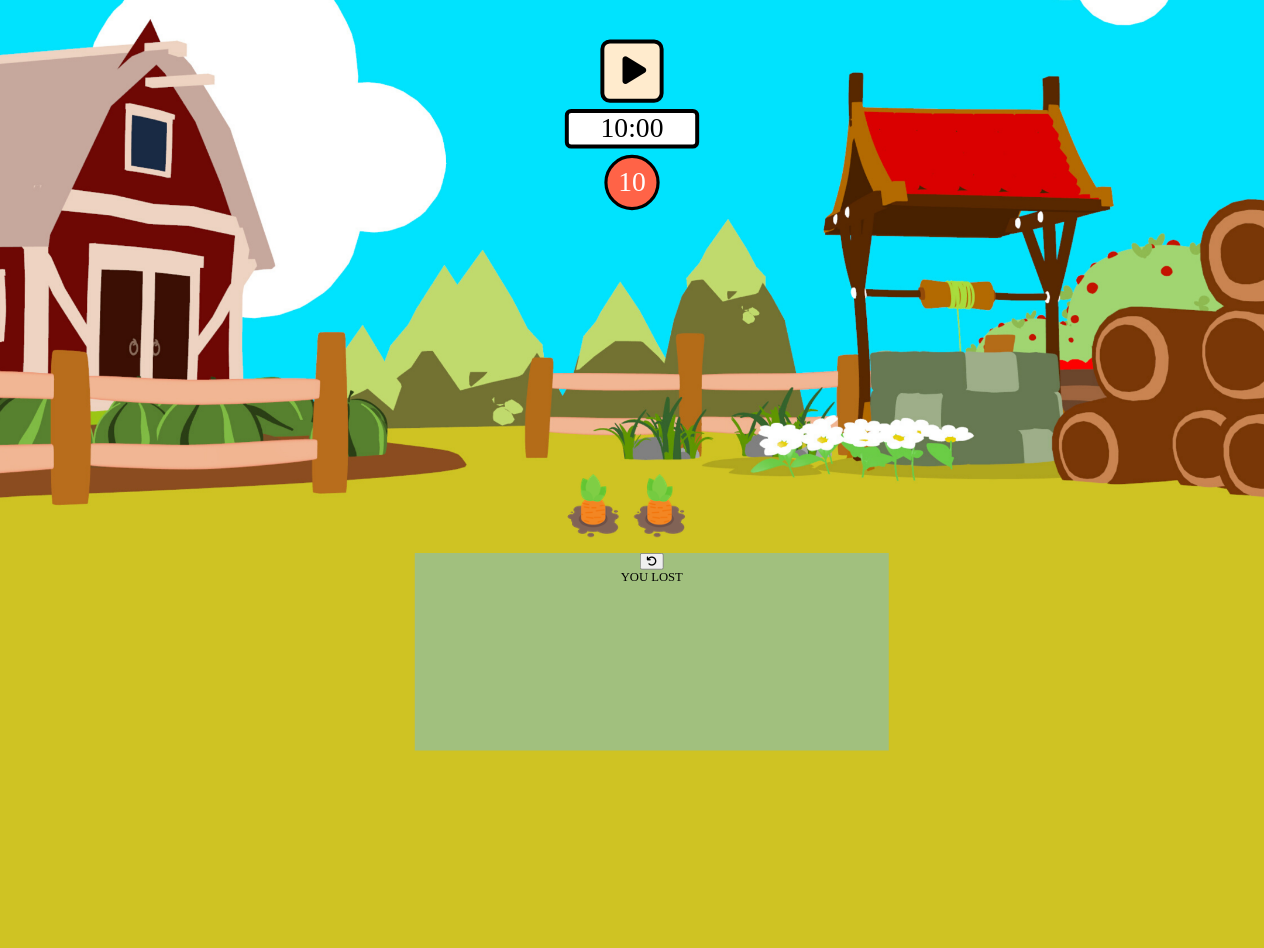
Repository: keehoonjung/Bug-Game
Page: index.html
These files come from the project's save history. The page is drawn as it stood at one moment and after the next save; the edit follows.
The browser window is 1280 px wide. The page is 1600 px wide, so the pictures cover 1600 px, including what lies to the right of the window. The pictures show the whole page, at 79% of full size.
Some web libraries are served in a nearby version.

Above is the page before, as saved 2021-08-10 11:07:15.

### index.html
<!DOCTYPE html>
<html lang="en">
<head>
    <meta charset="UTF-8">
    <meta http-equiv="X-UA-Compatible" content="IE=edge">
    <meta name="viewport" content="width=device-width, initial-scale=1.0">
    <title>Document</title>
    <link rel="stylesheet" href="style.css">
    <script src="main.js"></script>
    <script src="https://kit.fontawesome.com/a7a8d59961.js" crossorigin="anonymous"></script>
</head>
<body>
    <section class="container">
        <section class="header">
            <button class="play__btn">
                <i class="fas fa-play"></i>
            </button>
            <div class="timer">
                10:00
            </div>
            <div class="count">10</div>
        </section>
        <section class="playground">
            <img src="./img/carrot.png" alt="carrot">
            <img src="./img/carrot.png" alt="carrot">
        </section>
        <div class="popup">
            <button class="retry">
                <i class="fas fa-undo"></i>
            </button>
            <div class="message">YOU LOST</div>
        </div>
    </section>
</body>
</html>

### style.css
* {
  box-sizing: border-box;
}

body {
  margin: 0;
  text-align: center;
}

button {
}
.container {
  background: center/ cover no-repeat url(/img/background.png);
  width: 1600px;
  height: 1200px;
  margin: auto;
}

.header {
  height: 600px;
  padding-top: 50px;
}

.play__btn {
  width: 80px;
  height: 80px;
  background-color: blanchedalmond;
  font-size: 40px;
  border: 5px solid black;
  border-radius: 12px;
  padding-left: 12px;
  margin-bottom: 8px;
}

.timer {
  margin: auto;
  width: 170px;
  height: 50px;
  border: 5px solid black;
  border-radius: 8px;
  font-size: 35px;
  background-color: white;
  margin-bottom: 8px;
}

.count {
  margin: auto;
  width: 70px;
  height: 70px;
  background-color: tomato;
  border: 4px solid black;
  border-radius: 50%;
  font-size: 35px;
  padding: 11px 0;
  color: white;
}

.playground {
  height: 600px;
  width: 100%;
}

.popup {
  position: absolute;
  top: 700px;
  left: 525px;
  width: 600px;
  height: 250px;
  background-color: rgba(117, 190, 218, 0.5);
}

Loaded but not shown: main.js (no copy from this time; the picture is the same without it)

After the next save:
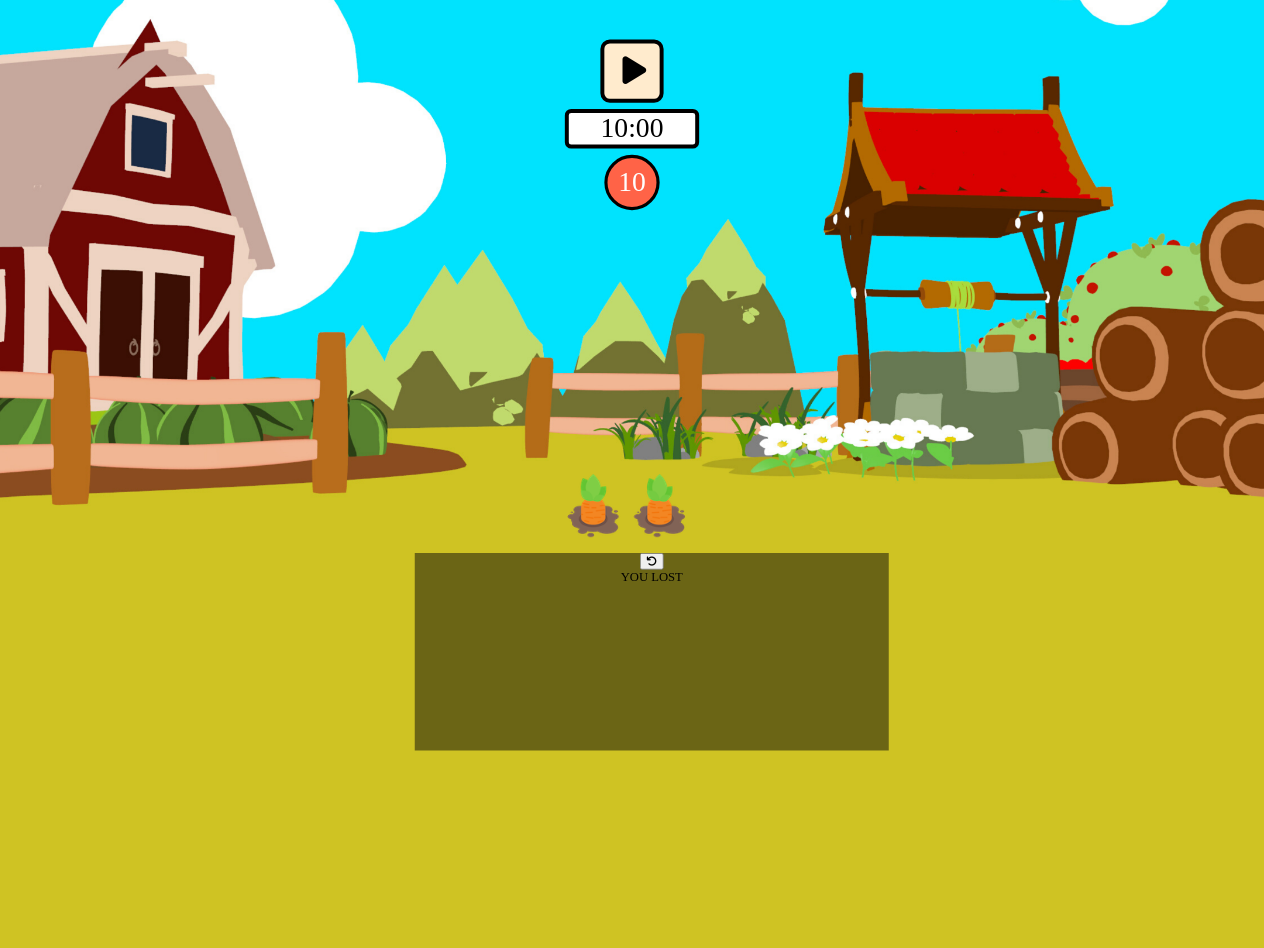
Saved 12 s later.
--- a/style.css
+++ b/style.css
@@ -66,5 +66,5 @@ button {
   left: 525px;
   width: 600px;
   height: 250px;
-  background-color: rgba(117, 190, 218, 0.5);
+  background-color: rgba(9, 9, 9, 0.5);
 }
